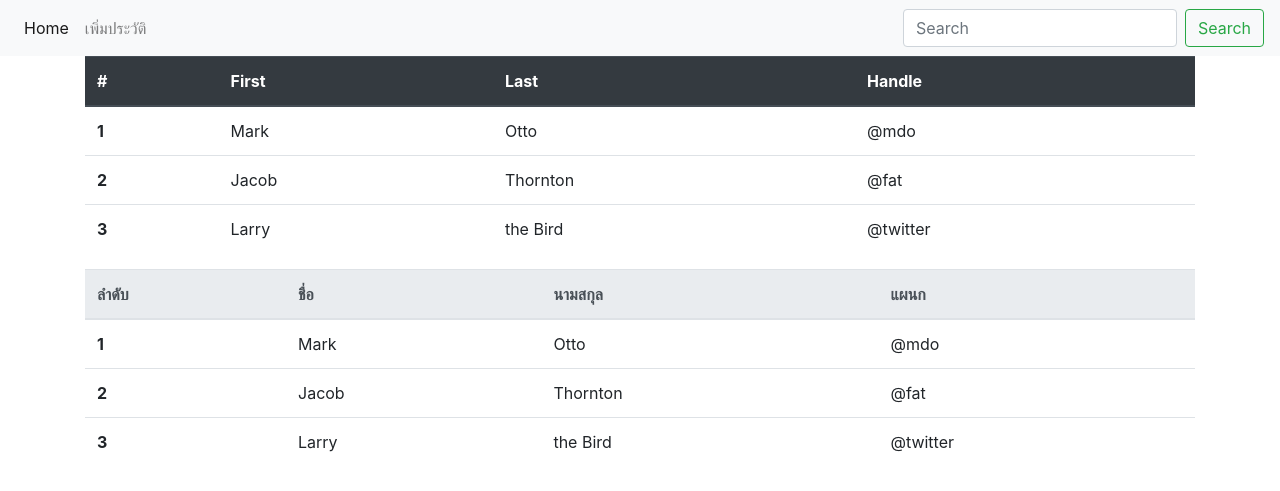
Repository: p2job/javawebapp
Page: http://localhost/demojsp/
An editor plug-in stored every save of this project. The page is shown before and after the next save, followed by the edit.
The browser window is 1280 px wide. The pictures show the whole page.
The page is served by Tomcat 9.

Above is the page before, as saved 2020-07-31 08:53:23.

### demojsp/WebContent/index.jsp
  <%@page contentType="text/html" pageEncoding="UTF-8"%>
  <%@ page import="java.sql.*"  %>
<!DOCTYPE html>
<html>
<head>
<meta http-equiv="Content-Type" content="text/html; charset=UTF-8">
<meta name="viewport" content="width=device-width, initial-scale=1, shrink-to-fit=no">
<link rel="stylesheet" href="https://stackpath.bootstrapcdn.com/bootstrap/4.5.0/css/bootstrap.min.css" integrity="sha384-9aIt2nRpC12Uk9gS9baDl411NQApFmC26EwAOH8WgZl5MYYxFfc+NcPb1dKGj7Sk" crossorigin="anonymous">
<title>Insert title here</title>
</head>
<body>
	<nav class="navbar navbar-expand-lg navbar-light bg-light">
  <button class="navbar-toggler" type="button" data-toggle="collapse" data-target="#navbarTogglerDemo01" aria-controls="navbarTogglerDemo01" aria-expanded="false" aria-label="Toggle navigation">
    <span class="navbar-toggler-icon"></span>
  </button>
  <div class="collapse navbar-collapse" id="navbarTogglerDemo01">
    <ul class="navbar-nav mr-auto mt-2 mt-lg-0">
      <li class="nav-item active">
        <a class="nav-link" href="index.jsp">Home <span class="sr-only">(current)</span></a>
      </li>
      <li class="nav-item">
        <a class="nav-link" href="insert.jsp">เพิ่มประวัติ</a>
      </li>
    </ul>
    <form class="form-inline my-2 my-lg-0">
      <input class="form-control mr-sm-2" type="search" placeholder="Search" aria-label="Search">
      <button class="btn btn-outline-success my-2 my-sm-0" type="submit">Search</button>
    </form>
  </div>
</nav>
<div class="container">
<table class="table">
  <thead class="thead-dark">
    <tr>
      <th scope="col">#</th>
      <th scope="col">First</th>
      <th scope="col">Last</th>
      <th scope="col">Handle</th>
    </tr>
  </thead>
  <tbody>
    <tr>
      <th scope="row">1</th>
      <td>Mark</td>
      <td>Otto</td>
      <td>@mdo</td>
    </tr>
    <tr>
      <th scope="row">2</th>
      <td>Jacob</td>
      <td>Thornton</td>
      <td>@fat</td>
    </tr>
    <tr>
      <th scope="row">3</th>
      <td>Larry</td>
      <td>the Bird</td>
      <td>@twitter</td>
    </tr>
  </tbody>
</table>

<table class="table">
  <thead class="thead-light">
    <tr>
      <th scope="col">ลำดับ</th>
      <th scope="col">ชื่อ</th>
      <th scope="col">นามสกุล</th>
      <th scope="col">แผนก</th>
    </tr>
  </thead>
  <tbody>
    <tr>
      <th scope="row">1</th>
      <td>Mark</td>
      <td>Otto</td>
      <td>@mdo</td>
    </tr>
    <tr>
      <th scope="row">2</th>
      <td>Jacob</td>
      <td>Thornton</td>
      <td>@fat</td>
    </tr>
    <tr>
      <th scope="row">3</th>
      <td>Larry</td>
      <td>the Bird</td>
      <td>@twitter</td>
    </tr>
  </tbody>
</table>
</div>
	<script src="https://code.jquery.com/jquery-3.5.1.slim.min.js" integrity="sha384-DfXdz2htPH0lsSSs5nCTpuj/zy4C+OGpamoFVy38MVBnE+IbbVYUew+OrCXaRkfj" crossorigin="anonymous"></script>
    <script src="https://cdn.jsdelivr.net/npm/popper.js@1.16.0/dist/umd/popper.min.js" integrity="sha384-Q6E9RHvbIyZFJoft+2mJbHaEWldlvI9IOYy5n3zV9zzTtmI3UksdQRVvoxMfooAo" crossorigin="anonymous"></script>
    <script src="https://stackpath.bootstrapcdn.com/bootstrap/4.5.0/js/bootstrap.min.js" integrity="sha384-OgVRvuATP1z7JjHLkuOU7Xw704+h835Lr+6QL9UvYjZE3Ipu6Tp75j7Bh/kR0JKI" crossorigin="anonymous"></script>
</body>
</html>

After the next save:
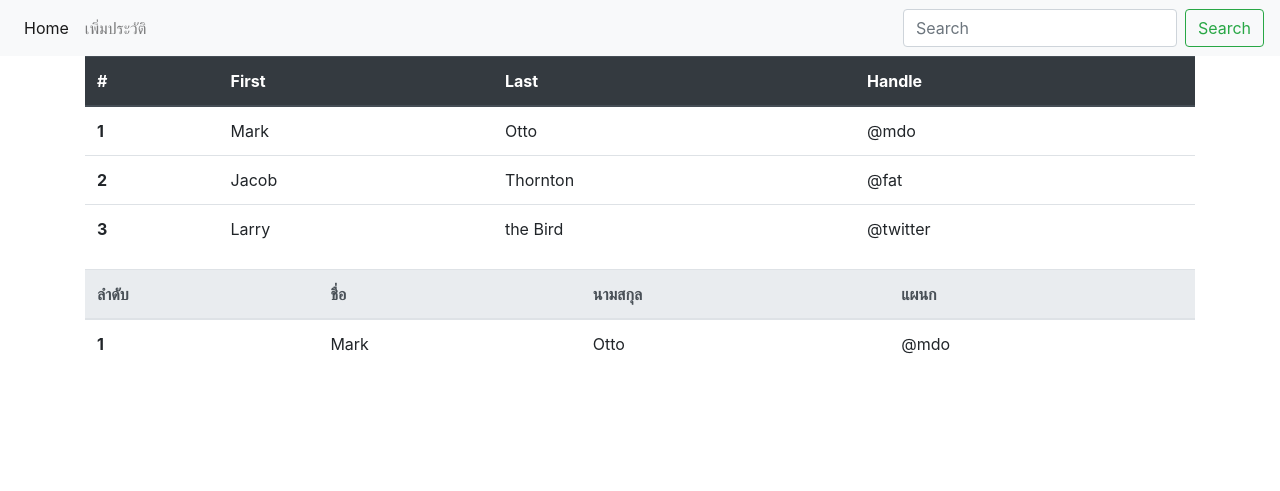
Saved 21 s later.
--- a/demojsp/WebContent/index.jsp
+++ b/demojsp/WebContent/index.jsp
@@ -76,18 +76,6 @@
       <td>Otto</td>
       <td>@mdo</td>
     </tr>
-    <tr>
-      <th scope="row">2</th>
-      <td>Jacob</td>
-      <td>Thornton</td>
-      <td>@fat</td>
-    </tr>
-    <tr>
-      <th scope="row">3</th>
-      <td>Larry</td>
-      <td>the Bird</td>
-      <td>@twitter</td>
-    </tr>
   </tbody>
 </table>
 </div>
